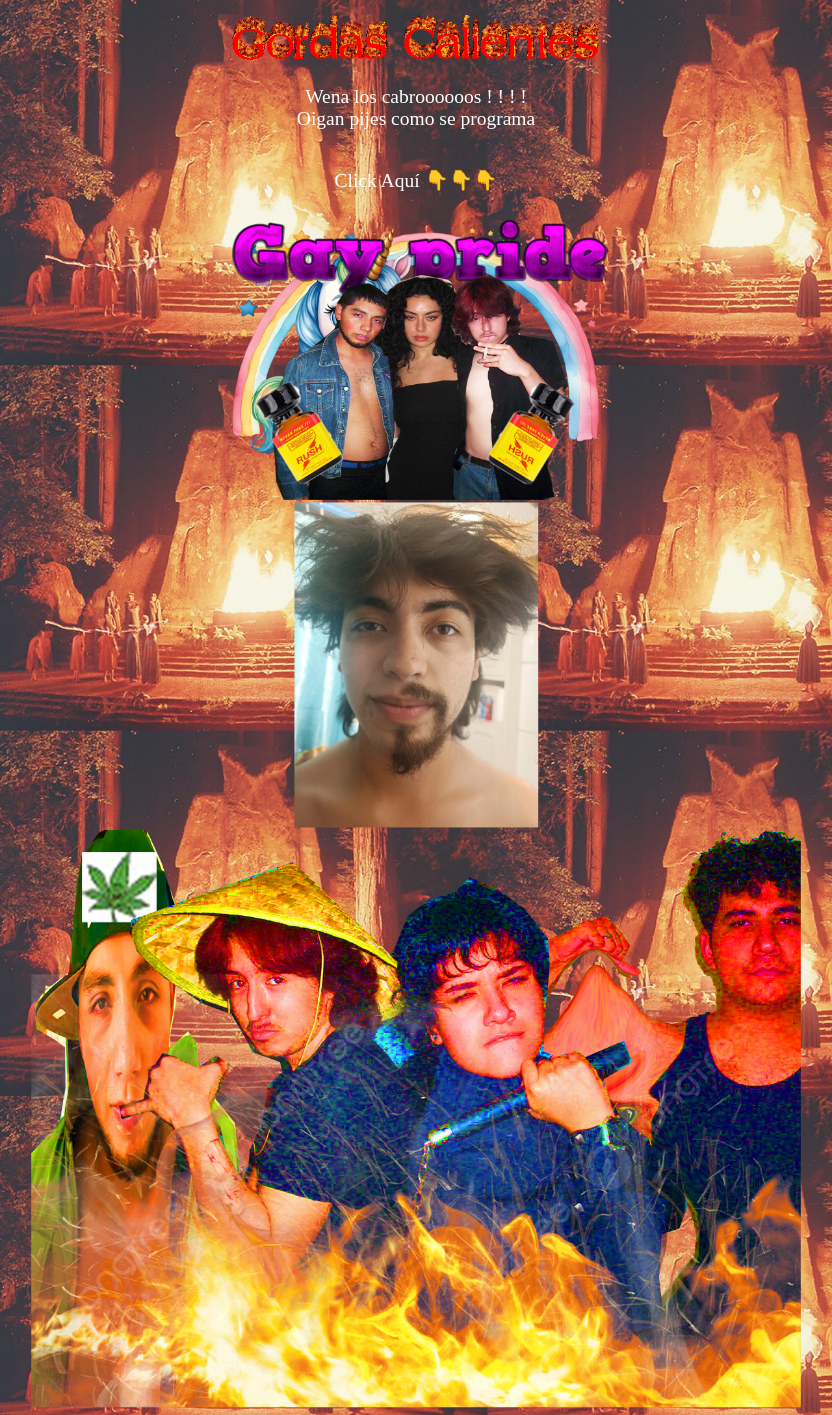
Repository: Eduloco69/crazy-website
Page: index.html
The author's editor kept a copy of each file at every save. The page is drawn from the files as they stood at one save, then again after the next save.
The browser window is 1280 px wide. The pictures show the whole page, at 65% of full size.

Above is the page before, as saved 2025-06-04 00:05:30.

After the next save:
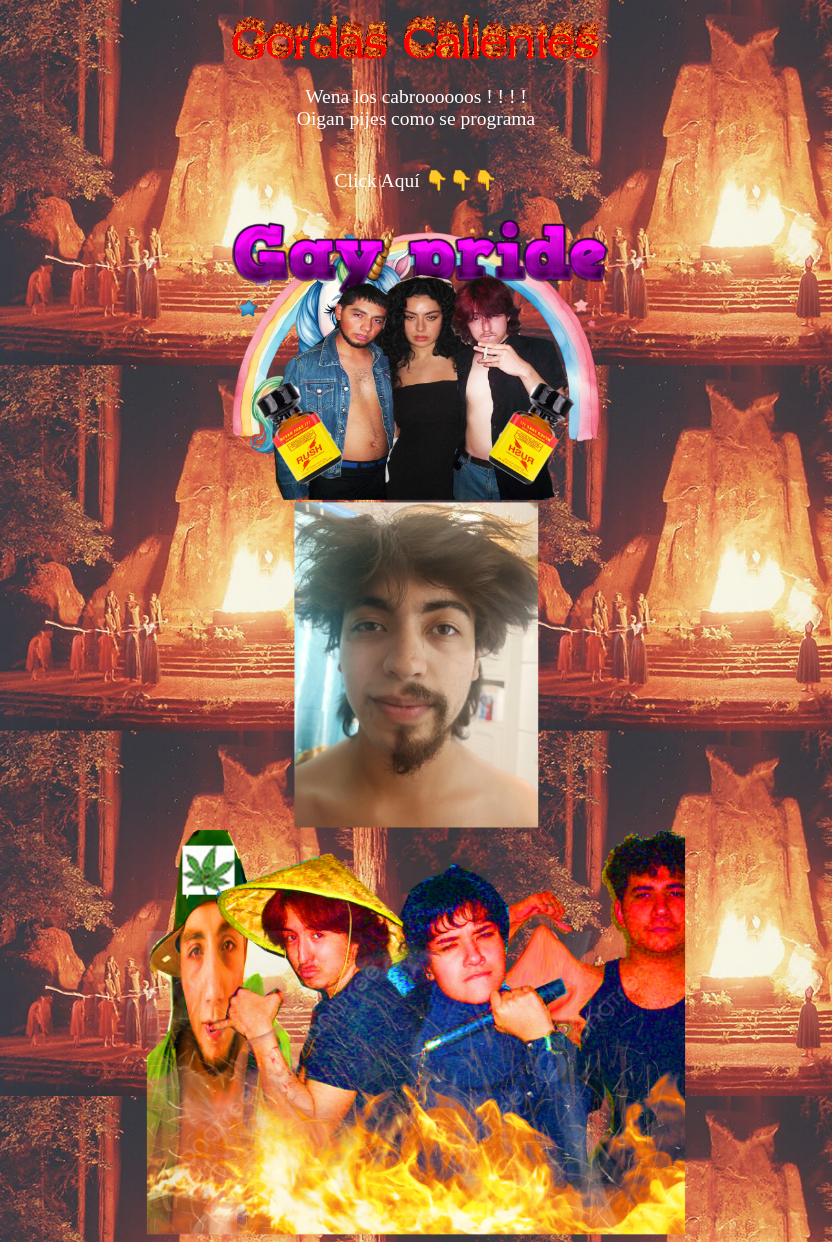
Saved 13 s later.
--- a/index.html
+++ b/index.html
@@ -29,7 +29,7 @@
         <img src="src/ADAC2544-2AE6-4C0D-8F05-14998BBBDF3E.JPEG" alt="" width="50%" height="30%">
     </div>
     <div>
-        <img src="src/hard_footer.png" alt="">
+        <img src="src/hard_footer.png" alt="" width="70%" height="30%">
     </div>
 </body>
 <footer>
